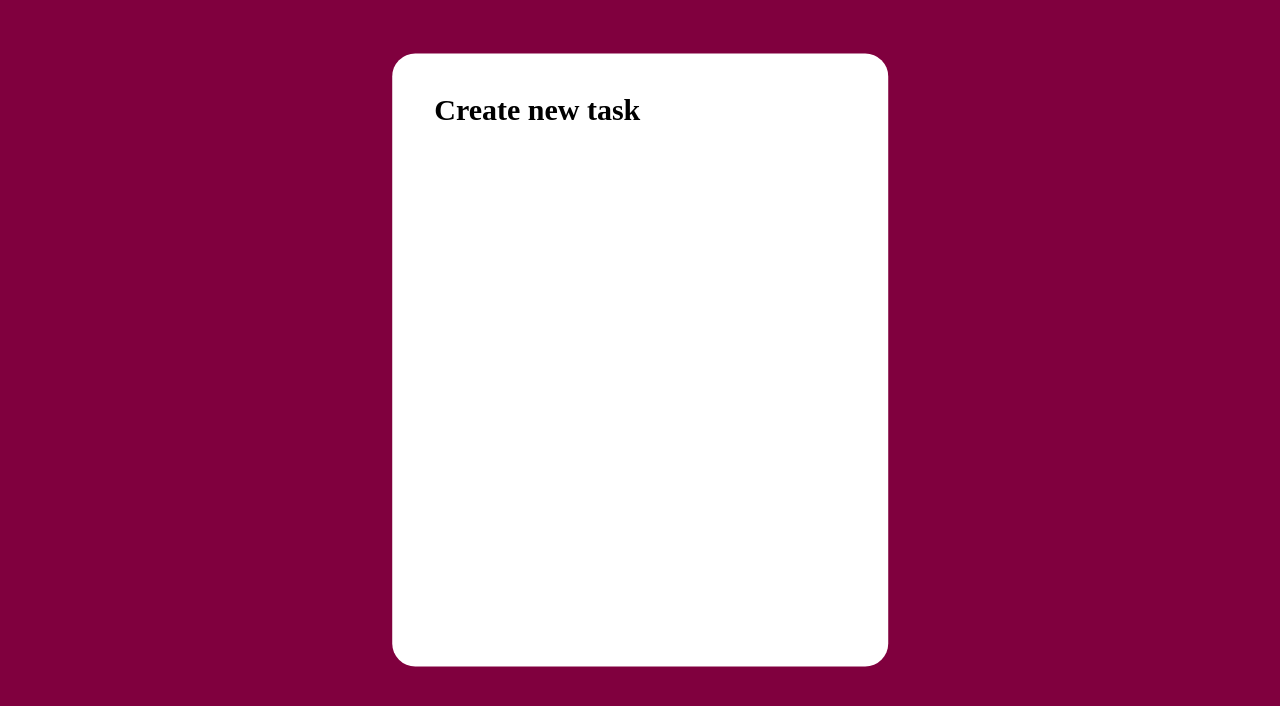
Repository: MorgunovaAlexandra/verstka-form
Page: index.html
An editor plug-in stored every save of this project. The page is shown before and after a run of saves, followed by the edit.
The browser window is 1280 px wide. The pictures show the whole page.
The style sheet was rebuilt from its Sass, Less or Tailwind sources for each picture, by a compiler version that may differ from the author's.

Above is the page before, as saved 2022-06-24 12:01:56.

### index.html
<!DOCTYPE html>
<html lang="ru">
<head>
    <meta charset="UTF-8">
    <meta http-equiv="X-UA-Compatible" content="IE=edge">
    <meta name="viewport" content="width=device-width, initial-scale=1.0">
    <link rel="stylesheet" href="./css/style.css">
    <title>Document</title>
</head>
<body>
    <div class="wrapper">
       <div class="form">
           <div class="fieldset">
            <legend><b>Create new task</b></legend>
           </div>
       </div>
    </div>
</body>
</html>

### scss/style.scss
@import "variables";
@import "mixins";
body {

   @include vov(rgb(128, 0, 62));
}
.form{
    width: 495.55px;
    height: 613.21px;
    background-color: white;
    border-radius: 23px;
     box-sizing: border-box;
    position: fixed; top: 50%; left: 50%;
    -webkit-transform: translate(-50%, -50%);
    -ms-transform: translate(-50%, -50%);
    transform: translate(-50%, -50%);
}
legend{
    margin: 40px  ;
}

### scss/variables.scss
$bgColor: green;

### scss/mixins.scss
@mixin vov($color) {
    font-size: 30px;
    background-color:$color ;
}

After the next 6 saves:
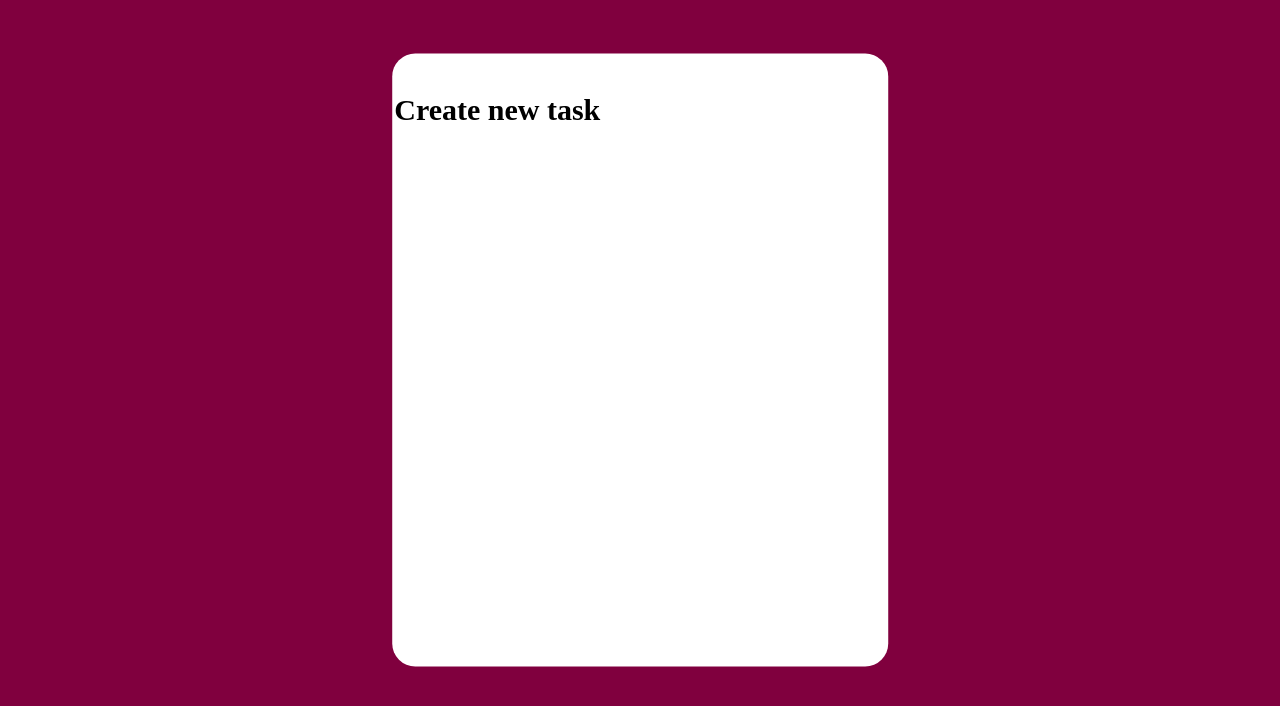
The 6 saves are shown as one change because they came seconds apart.
The last was saved 18 s later.
--- a/scss/style.scss
+++ b/scss/style.scss
@@ -16,5 +16,6 @@ body {
     transform: translate(-50%, -50%);
 }
 legend{
-    margin: 40px  ;
+    margin-top: 40px;
+    margin-bottom: auto;
 }
